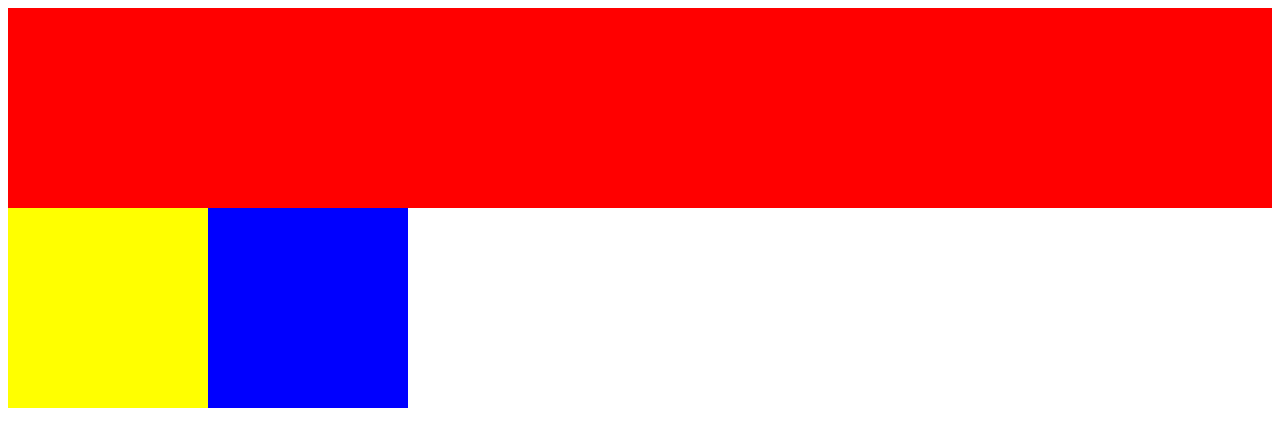
Repository: KonanW/front-end-knowledge
Page: css/layout2.html
The author's editor kept a copy of each file at every save. The page is drawn from the files as they stood at one save, then again after the next save.
The browser window is 1280 px wide. The pictures show the whole page.

Above is the page before, as saved 2019-06-21 00:45:04.

After the next save:
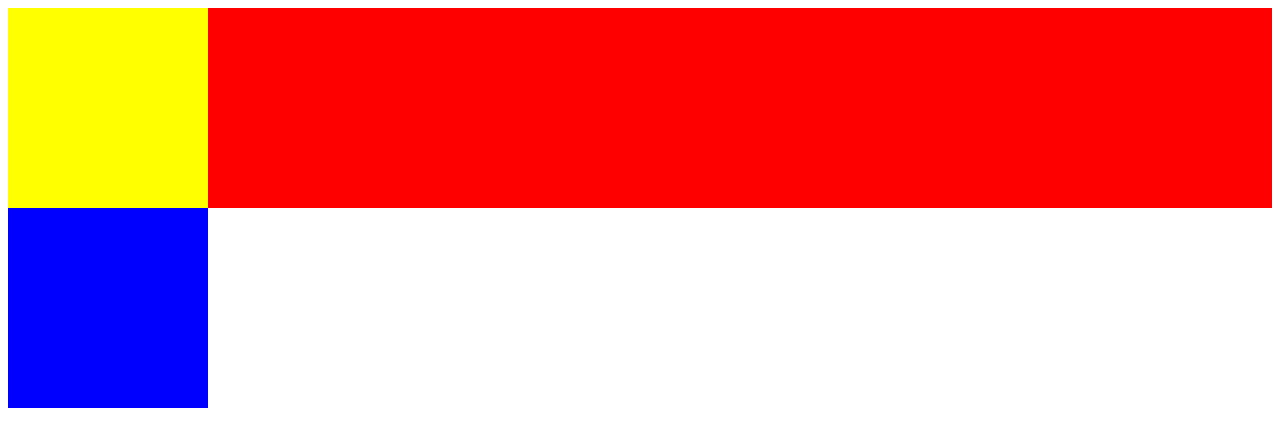
Saved 21 s later.
--- a/css/layout2.html
+++ b/css/layout2.html
@@ -24,6 +24,7 @@
       height: 100%;
       float: left;
       background-color: yellow;
+      margin-left: -100%;
     }
     .right {
       float: left;
